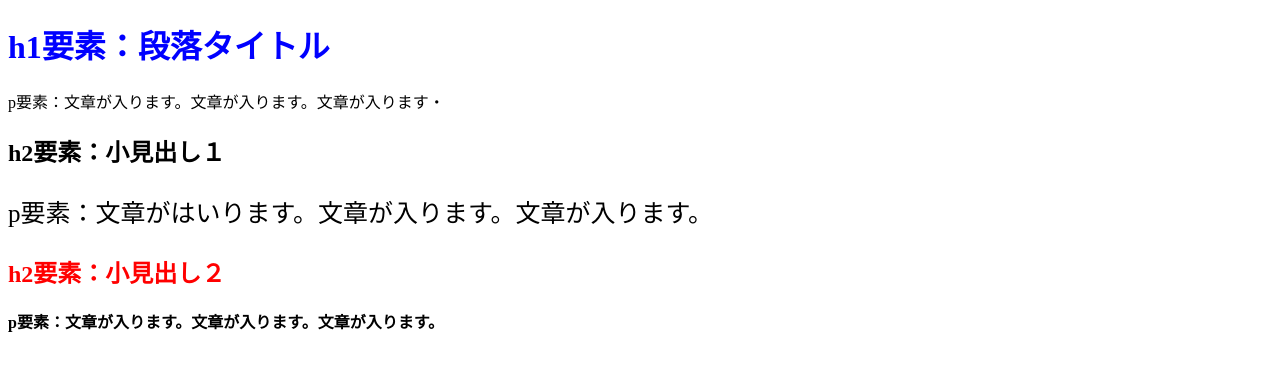
Repository: dai-252539/samurai_HTML-CSS
Page: aaa/index.html
The author's editor kept a record of every edit. The page is drawn from the files as they stood at one moment, then again after the next edit.
The browser window is 1280 px wide. The pictures show the whole page.

Above is the page before.

### aaa/index.html
<!DOCTYPE html>
<html lang="en">
<head>
  <meta charset="UTF-8">
  <meta name="viewport" content="width=device-width, initial-scale=1.0">
  <meta http-equiv="X-UA-Compatible" content="ie=edge">
  <title>html/cssの学習</title>
  <style>
  #red{
    color: red;
  }
  .blue{
    color:blue;
  }
  </style>
</head>
<body>
  <h1 class="blue">h1要素：段落タイトル</h1>
  <p>p要素：文章が入ります。文章が入ります。文章が入ります・</p>
  <h2>h2要素：小見出し１</h2>
  <p style="font-size: 25px;">p要素：文章がはいります。文章が入ります。文章が入ります。</p>
  <h2 id="red">h2要素：小見出し２</h2>
  <p style="font-wgieht: bold;"><b>p要素：文章が入ります。文章が入ります。文章が入ります。</b></p>
</body>
</html>

### aaa/stylesheet.css
@charset "utf-8";

#red {
  color: red;
}
.blue {
  color: blue;
}
.fs-25 {
  font-size: 25px;
}
.fw-bold {
  font-weight: bold;
}

After the next edit:
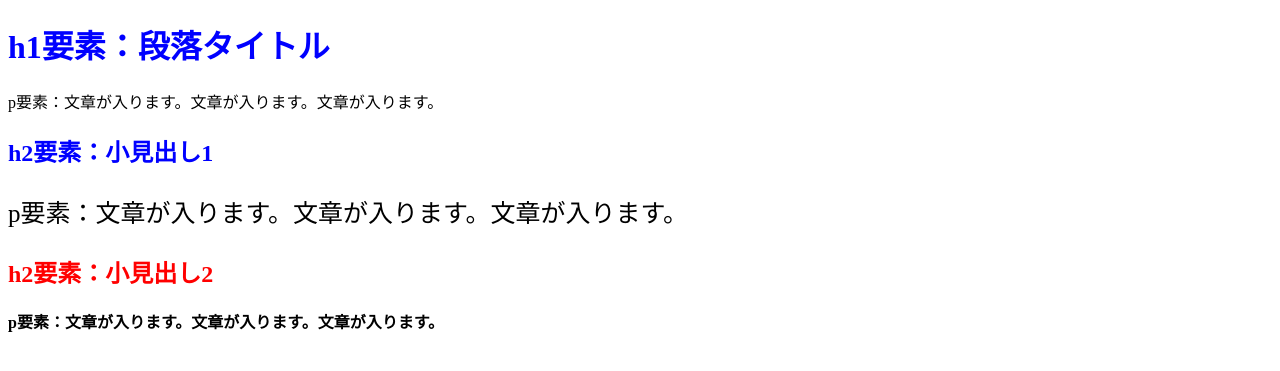
The edit:
--- a/aaa/index.html
+++ b/aaa/index.html
@@ -1,25 +1,20 @@
 <!DOCTYPE html>
-<html lang="en">
-<head>
-  <meta charset="UTF-8">
-  <meta name="viewport" content="width=device-width, initial-scale=1.0">
-  <meta http-equiv="X-UA-Compatible" content="ie=edge">
-  <title>html/cssの学習</title>
-  <style>
-  #red{
-    color: red;
-  }
-  .blue{
-    color:blue;
-  }
-  </style>
-</head>
-<body>
-  <h1 class="blue">h1要素：段落タイトル</h1>
-  <p>p要素：文章が入ります。文章が入ります。文章が入ります・</p>
-  <h2>h2要素：小見出し１</h2>
-  <p style="font-size: 25px;">p要素：文章がはいります。文章が入ります。文章が入ります。</p>
-  <h2 id="red">h2要素：小見出し２</h2>
-  <p style="font-wgieht: bold;"><b>p要素：文章が入ります。文章が入ります。文章が入ります。</b></p>
-</body>
-</html>
+<html lang="ja">
+  <head>
+    <meta charset="UTF-8">
+    <title>HTML/CSSの学習</title>
+    <link rel="stylesheet" href="stylesheet.css">
+  </head>
+  <body>
+    <h1 class="blue">h1要素：段落タイトル</h1>
+    <p>p要素：文章が入ります。文章が入ります。文章が入ります。</p>
+    <h2 class="blue">h2要素：小見出し1</h2>
+    <p class="fs-25">
+      p要素：文章が入ります。文章が入ります。文章が入ります。
+    </p>
+    <h2 id="red">h2要素：小見出し2</h2>
+    <p class="fw-bold">
+      p要素：文章が入ります。文章が入ります。文章が入ります。
+    </p>
+  </body>
+ </html>
